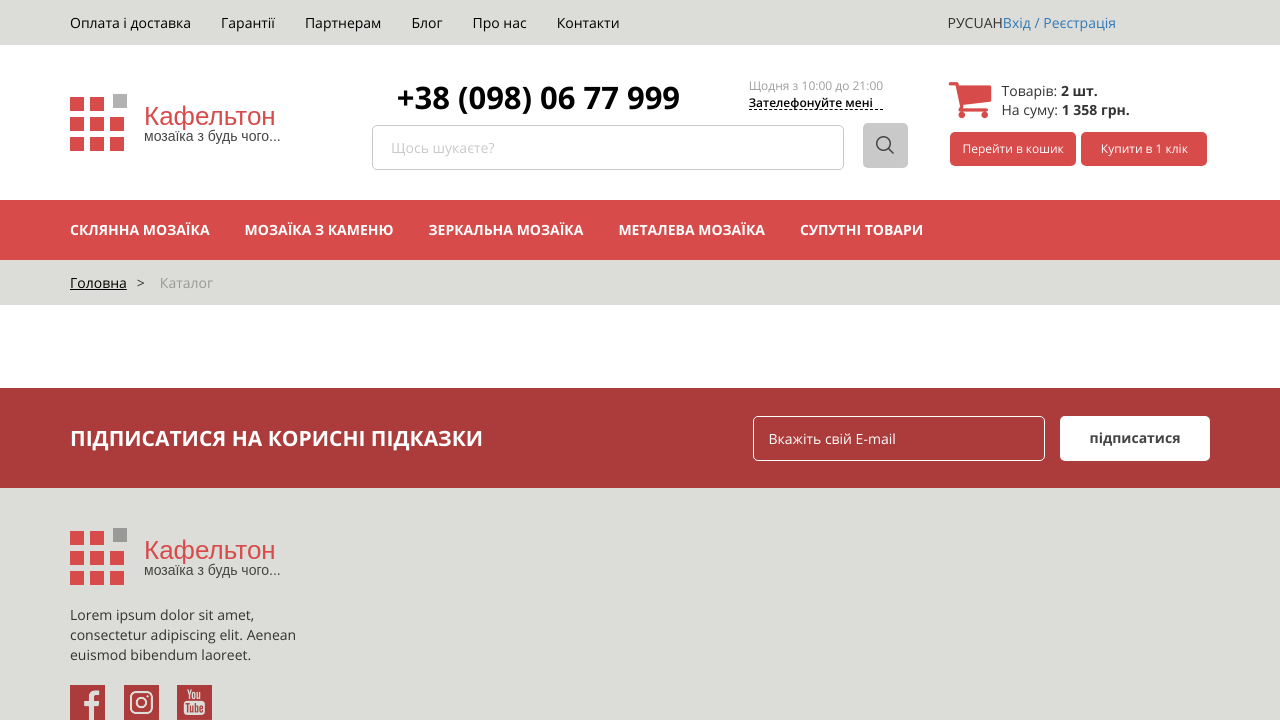
Repository: zellenka/mozaika
Page: app/index.html
An editor plug-in stored every save of this project. The page is shown before and after the next save, followed by the edit.
The browser window is 1280 px wide. The pictures show the whole page.
Some web fonts or font styles are not loaded; a fallback is used. The style sheet was rebuilt from its Sass, Less or Tailwind sources for each picture, by a compiler version that may differ from the author's.

Above is the page before, as saved 2018-07-13 16:18:41.
Console error (its wording comes from the project's code and is left out).

After the next save:
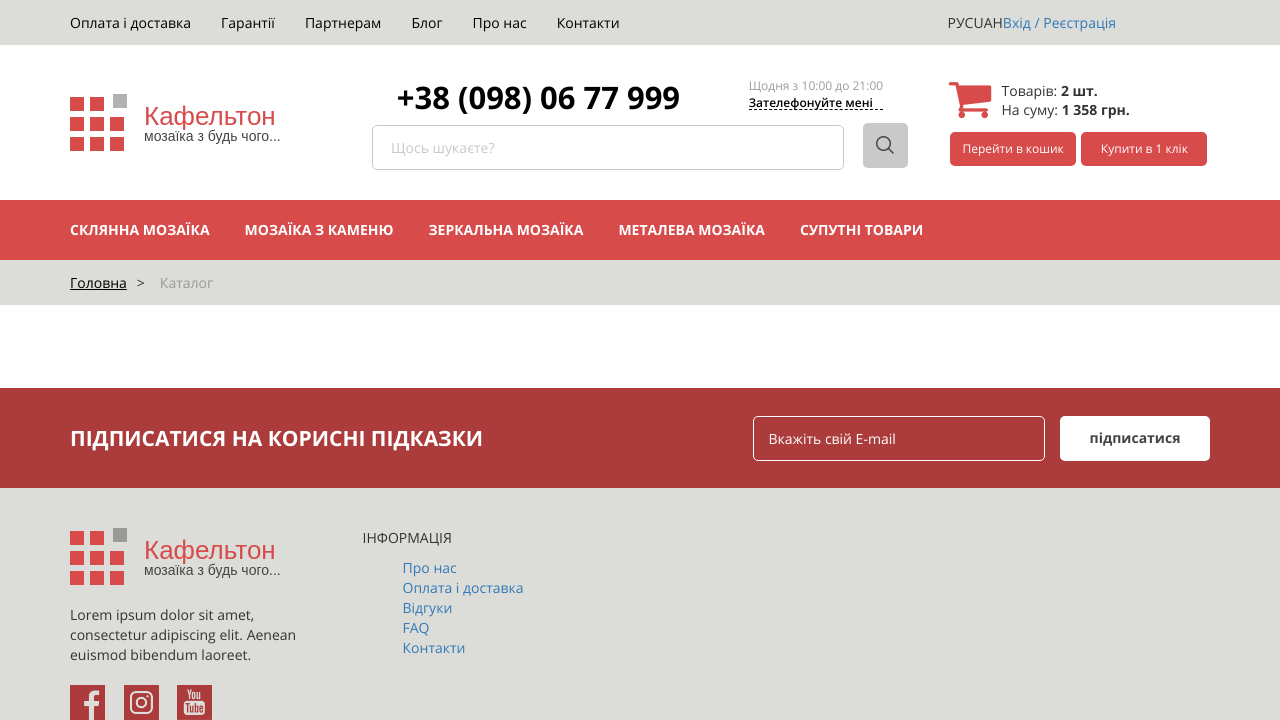
Saved 93 s later.
--- a/app/index.html
+++ b/app/index.html
@@ -143,8 +143,22 @@
 									<a href=""><img src="/img/youtube.png" alt=""></a>
 								</div>
 				</div>
+				<div class="col-md-3">
+					<p>ІНФОРМАЦІЯ</p>
+					<ul>
+						<li><a href="/">Про нас</a></li>
+						<li><a href="/">Оплата і доставка</a></li>
+						<li><a href="/">Відгуки</a></li>
+						<li><a href="/">FAQ</a></li>
+						<li><a href="/">Контакти</a></li>
+					</ul>
+				</div>
 				<div class="col-md-3"></div>
-				<div class="col-md-3"></div>
+
+
+
+
+
 				<div class="col-md-3"></div>
 			</div>
 		</div>
